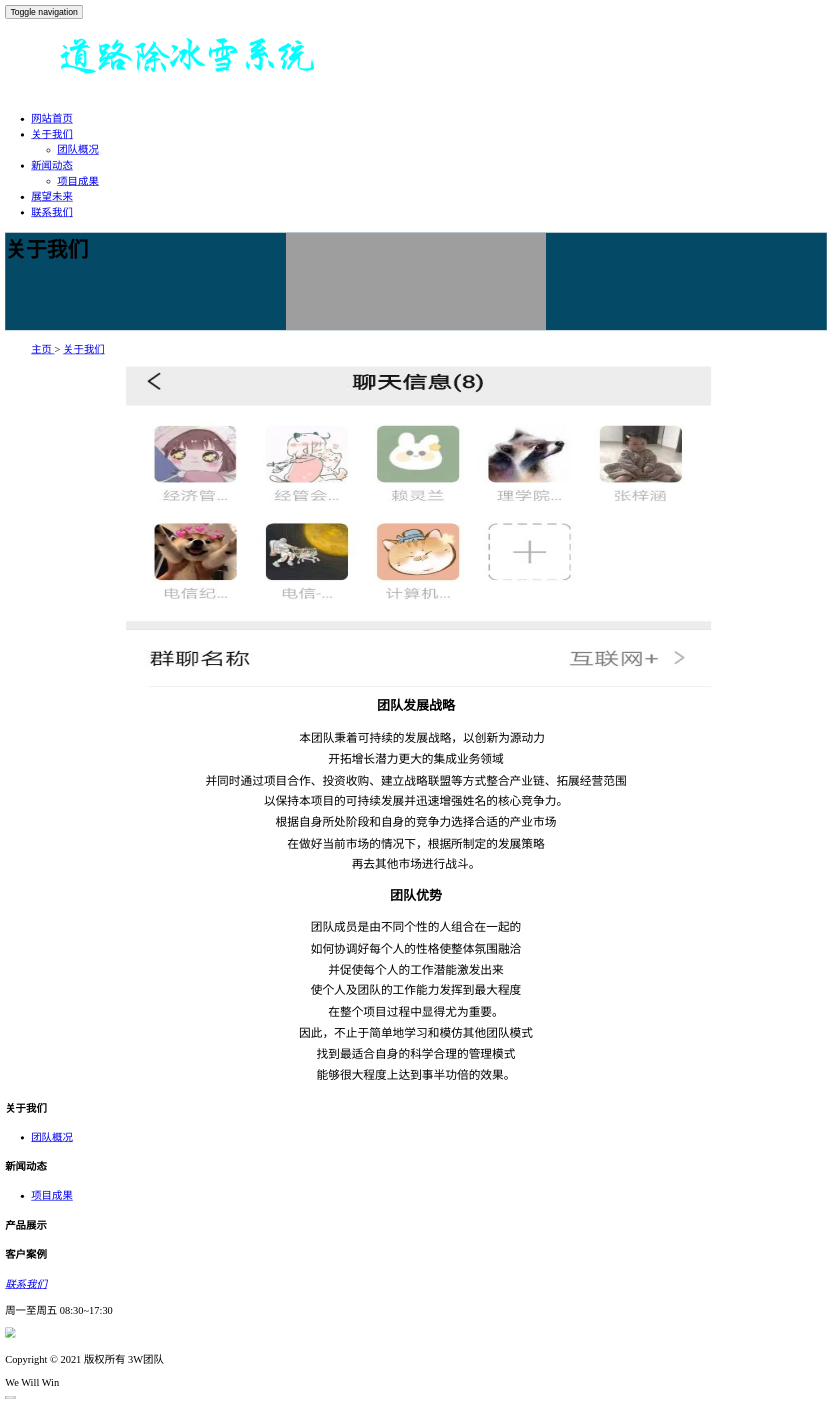
Repository: Au369/Au369
Page: about.html
These files come from the project's save history. The page is drawn as it stood at one moment and after the next save; the edit follows.
The browser window is 1280 px wide. The pictures show the whole page, at 65% of full size.
Pictures or frames that could not be fetched are drawn as grey boxes. The page's requests for data from a server got no answer.

Above is the page before, as saved 2021-06-07 11:09:00.

### about.html
<!DOCTYPE HTML>
<html>



<head>
        <meta name="renderer" content="webkit">
        <meta charset="utf-8" />
        <meta http-equiv="X-UA-Compatible" content="IE=edge,chrome=1">
        <meta name="viewport" content="width=device-width, initial-scale=1.0, user-scalable=0, minimal-ui">
        <meta name="generator" content="dede58 5.3.9" data-variable="" />
        <title>
            关于我们_HTML5网站建设企业响应式网站模板(自适应)
        </title>
        <meta name="keywords" content="" />
        <meta name="description" content="" />
        <link rel="stylesheet" href="css/3af1bf1fa0061831.css">
        <!--[if lt IE 10]>
            <script src="js/media.match.min.js">
            </script>
            <script src="js/respond.min.js">
            </script>
            <script src="js/classlist.min.js">
            </script>
        <![endif]-->
    </head>

    <body>
        <!--[if lte IE 8]>
            <div class="text-center padding-top-50 padding-bottom-50 bg-blue-grey-100">
                <p class="browserupgrade font-size-18">
                    你正在使用一个
                    <strong>
                        过时
                    </strong>
                    的浏览器。请
                    <a href="http://browsehappy.com/" target="_blank">
                        升级您的浏览器
                    </a>
                    ，以提高您的体验。
                </p>
            </div>
        <![endif]-->
         <nav class="navbar navbar-default met-nav " role="navigation">
            <div class="container">
                <div class="row">
                    <div class="navbar-header">
                        <button type="button" class="navbar-toggle hamburger collapsed" data-target="#example-navbar-default-collapse"
                        data-toggle="collapse">
                            <span class="sr-only">
                                Toggle navigation
                            </span>
                            <span class="hamburger-bar">
                            </span>
                        </button>
                        <a href="index.html" class="navbar-brand navbar-logo vertical-align" title="道路除雪系统">
                            <div class="vertical-align-middle">
                                <img src="picture/1.png" alt="道路除雪系统"
                                title="道路除雪系统" />
                            </div>
                        </a>
                    </div>
                    <div class="collapse navbar-collapse navbar-collapse-toolbar" id="example-navbar-default-collapse">
                        <ul class="nav navbar-nav navbar-right navlist">
                            <li>
                                <a href="index.html" title="网站首页" class="link">
                                    网站首页
                                </a>
                            </li>
                            <li class="dropdown margin-left-20">
                                <a class="dropdown-toggle link " data-toggle="dropdown" data-hover="dropdown"
                                href="about.html" aria-expanded="false" role="button" title="关于我们">
                                    关于我们
                                    <i class="fa fa-angle-down small">
                                    </i>
                                </a>
                                <ul class="dropdown-menu dropdown-menu-right bullet" role="menu">
                                    <li>
                                        <a href="gaikuang.html" title="团队概况">
                                            团队概况
                                        </a>
                                    </li>


                                </ul>
                            </li>
                            <li class="dropdown margin-left-20">
                                <a class="dropdown-toggle link " data-toggle="dropdown" data-hover="dropdown"
                                href="news.html" aria-expanded="false" role="button" title="新闻动态">
                                    新闻动态
                                    <i class="fa fa-angle-down small">
                                    </i>
                                </a>
                                <ul class="dropdown-menu dropdown-menu-right bullet" role="menu">

                                    <li>
                                        <a href="#" title="项目成果">
                                            项目成果
                                        </a>
                                    </li>

                                </ul>
                            </li>

                            <li class="margin-left-20">
                                <a href="case.html" title="展望未来" class="link ">
                                    展望未来
                                </a>
                            </li>
                            <li class="margin-left-20">
                                <a href="contact.html" title="联系我们" class="link ">
                                    联系我们
                                </a>
                            </li>
                        </ul>
                    </div>
                </div>
            </div>
        </nav>


        <div class="met-banner-ny vertical-align text-center" style="height:150px;background: url(images/gy.jpg) center center no-repeat;background-color:#044a67;">
            <h1 class="vertical-align-middle">
                关于我们
            </h1>
        </div>
        <div class="met-position  ">
            <div class="container">
                <div class="row">
                    <ol class="breadcrumb">
                        <a href='index.html'>
                            主页
                        </a>
                        >
                        <a href='about.html'>
                            关于我们
                        </a>
                    </ol>
                </div>
            </div>
        </div>

        <section class="met-show animsition">
            <div class="container">
                <div class="row">
                    <div>
                        <div>
                            <div style="text-align: center;">
                                &nbsp;
                                <img src="images/all1.jpg" style="font-family: 'Segoe UI', 'Lucida Grande', Helvetica, Arial, 'Microsoft YaHei', FreeSans, Arimo, 'Droid Sans', 'wenquanyi micro hei', 'Hiragino Sans GB', 'Hiragino Sans GB W3', Roboto, Arial, sans-serif; font-size: 18px; line-height: 32.4px; box-sizing: border-box; border: 0px; vertical-align: middle; max-width: 100%; height: 506px; display: inline; width: 900px;"
                                title="all1.jpg" />
                            </div>
                            <p style="box-sizing: border-box; margin: 0px 0px 16px; font-family: 'Segoe UI', 'Lucida Grande', Helvetica, Arial, 'Microsoft YaHei', FreeSans, Arimo, 'Droid Sans', 'wenquanyi micro hei', 'Hiragino Sans GB', 'Hiragino Sans GB W3', Roboto, Arial, sans-serif; font-size: 20px; line-height: 32.4px; text-align: center;">
                                <span style="box-sizing: border-box; line-height: 1.42857;font-weight:bold">
                                    团队发展战略
                                </span>

                            </p>
                            <p style="box-sizing: border-box; margin: 0px 0px 16px; font-family: 'Segoe UI', 'Lucida Grande', Helvetica, Arial, 'Microsoft YaHei', FreeSans, Arimo, 'Droid Sans', 'wenquanyi micro hei', 'Hiragino Sans GB', 'Hiragino Sans GB W3', Roboto, Arial, sans-serif; font-size: 18px; line-height: 32.4px; text-align: center;">
                                <span style="box-sizing: border-box; line-height: 1.42857;">
                                      &nbsp&nbsp&nbsp
                                      本团队秉着可持续的发展战略，以创新为源动力</br>
                                      开拓增长潜力更大的集成业务领域</br>
                                      并同时通过项目合作、投资收购、建立战略联盟等方式整合产业链、拓展经营范围</br>
                                      以保持本项目的可持续发展并迅速增强姓名的核心竞争力。</br>
                                      根据自身所处阶段和自身的竞争力选择合适的产业市场</br>
                                      在做好当前市场的情况下，根据所制定的发展策略</br>
                                      再去其他市场进行战斗。
                                </span>
                            </p>
                            <p style="box-sizing: border-box; margin: 0px 0px 16px; font-family: 'Segoe UI', 'Lucida Grande', Helvetica, Arial, 'Microsoft YaHei', FreeSans, Arimo, 'Droid Sans', 'wenquanyi micro hei', 'Hiragino Sans GB', 'Hiragino Sans GB W3', Roboto, Arial, sans-serif; font-size: 20px; line-height: 32.4px; text-align: center;">
                                <span style="box-sizing: border-box; line-height: 1.42857;font-weight:bold">
                                    团队优势
                                </span>

                            </p>
                            <p style="box-sizing: border-box; margin: 0px 0px 16px; font-family: 'Segoe UI', 'Lucida Grande', Helvetica, Arial, 'Microsoft YaHei', FreeSans, Arimo, 'Droid Sans', 'wenquanyi micro hei', 'Hiragino Sans GB', 'Hiragino Sans GB W3', Roboto, Arial, sans-serif; font-size: 18px; line-height: 32.4px; text-align: center;">
                                团队成员是由不同个性的人组合在一起的</br>
                                如何协调好每个人的性格使整体氛围融洽</br>
                                并促使每个人的工作潜能激发出来</br>
                                使个人及团队的工作能力发挥到最大程度</br>
                                在整个项目过程中显得尤为重要。</br>
                                因此，不止于简单地学习和模仿其他团队模式</br>
                                找到最适合自身的科学合理的管理模式</br>
                                能够很大程度上达到事半功倍的效果。

                            </p>




                        </div>
                    </div>
                </div>
            </div>
        </section>

          <div class="met-footnav text-center">
            <div class="container">
                <div class="row mob-masonry">
                    <div class="col-md-2 col-sm-3 col-xs-6 list masonry-item">
                        <h4>
                            关于我们
                        </h4>
                        <ul>
                            <li>
                                <a href="#" title="团队概况">
                                   团队概况
                                </a>
                            </li>

                        </ul>
                    </div>
                    <div class="col-md-2 col-sm-3 col-xs-6 list masonry-item">
                        <h4>
                            新闻动态
                        </h4>
                        <ul>
                            <li>
                                <a href="#" title="项目成果">
                                    项目成果
                                </a>
                            </li>

                        </ul>
                    </div>
                    <div class="col-md-2 col-sm-3 col-xs-6 list masonry-item">
                        <h4>
                            产品展示
                        </h4>
                        <!--
                        <ul>
                            <li>
                                <a href="#" title="营销型网站">
                                    营销型网站
                                </a>
                            </li>
                            <li>
                                <a href="#" title="响应式网站">
                                    响应式网站
                                </a>
                            </li>
                            <li>
                                <a href="#" title="电子商务型网站">
                                    电子商务型网站
                                </a>
                            </li>
                            <li>
                                <a href="#" title="外贸型网站">
                                    外贸型网站
                                </a>
                            </li>
                            <li>
                                <a href="#" title="企业型网站">
                                    企业型网站
                                </a>
                            </li>
                        </ul>
                    -->
                    </div>
                    <div class="col-md-2 col-sm-3 col-xs-6 list masonry-item">
                        <h4>
                            客户案例
                        </h4>
                        <ul>
                        </ul>
                    </div>
                    <div class="col-md-3 col-ms-12 col-xs-12 info masonry-item">
                        <em>
                            <a href="tel:10086" title="联系我们">
                                联系我们
                            </a>
                        </em>
                        <p>
                            周一至周五 08:30~17:30
                        </p>
                        <a id="met-weixin">
                            <i class="fa fa-weixin light-green-700">
                            </i>
                        </a>
                        <div id="met-weixin-content" class="hide">
                            <div class="text-center met-weixin-img">
                                <img src="#" />
                            </div>
                        </div>
                        <a href="http://crm2.qq.com/page/portalpage/wpa.php?uin=123456789&amp;aty=0&amp;a=0&amp;curl=&amp;ty=1"
                        rel="nofollow" target="_blank">
                            <i class="fa fa-qq">
                            </i>
                        </a>
                        <a href="#" rel="nofollow" target="_blank">
                            <i class="fa fa-weibo red-600">
                            </i>
                        </a>
                    </div>
                </div>
            </div>
        </div>
        <footer>

               <div class="container text-center">
                <p>
                    Copyright &copy; 2021 版权所有 3W团队
                </p>

                <div class="powered_by_metinfo">
                   We Will Win
                </div>
            </div>
        </footer>
        <button type="button" class="btn btn-icon btn-ftop btn-squared met-scroll-top hide">
            <i class="icon wb-chevron-up" aria-hidden="true">
            </i>
        </button>
        <script src="js/d4cff3922527a903.js">
        </script>
    </body>

    </body>



</html>

Loaded but not shown: js/d4cff3922527a903.js (library); css/3af1bf1fa0061831.css (no copy from this time; the picture is the same without it)

After the next save:
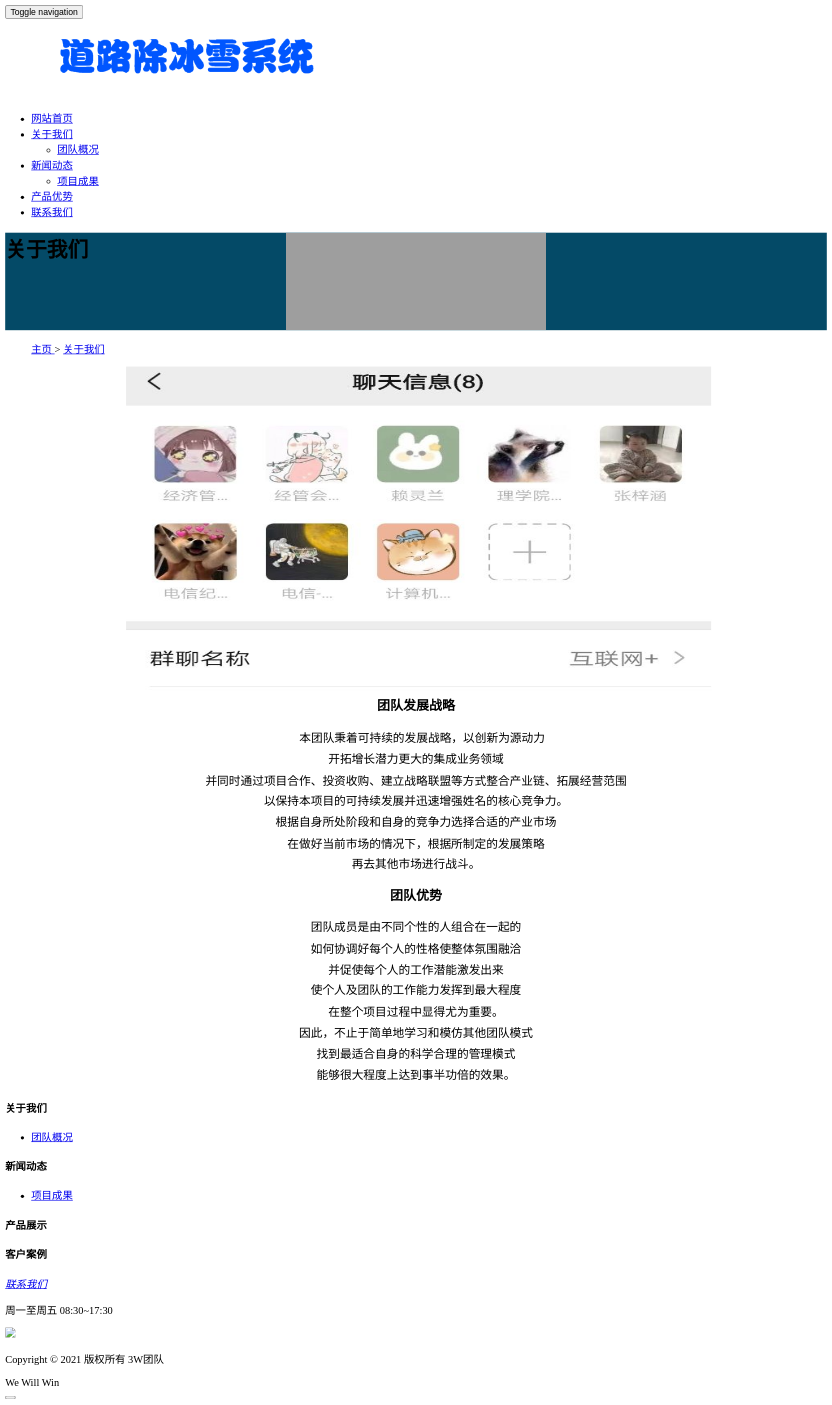
Saved 22 s later.
--- a/about.html
+++ b/about.html
@@ -41,7 +41,7 @@
                 </p>
             </div>
         <![endif]-->
-         <nav class="navbar navbar-default met-nav " role="navigation">
+           <nav class="navbar navbar-default met-nav " role="navigation">
             <div class="container">
                 <div class="row">
                     <div class="navbar-header">
@@ -55,7 +55,7 @@
                         </button>
                         <a href="index.html" class="navbar-brand navbar-logo vertical-align" title="道路除雪系统">
                             <div class="vertical-align-middle">
-                                <img src="picture/1.png" alt="道路除雪系统"
+                                <img src="images/logo.png" alt="道路除雪系统"
                                 title="道路除雪系统" />
                             </div>
                         </a>
@@ -76,7 +76,7 @@
                                 </a>
                                 <ul class="dropdown-menu dropdown-menu-right bullet" role="menu">
                                     <li>
-                                        <a href="gaikuang.html" title="团队概况">
+                                        <a href="about.html" title="团队概况">
                                             团队概况
                                         </a>
                                     </li>
@@ -103,8 +103,8 @@
                             </li>
 
                             <li class="margin-left-20">
-                                <a href="case.html" title="展望未来" class="link ">
-                                    展望未来
+                                <a href="case.html" title="产品优势" class="link ">
+                                   产品优势
                                 </a>
                             </li>
                             <li class="margin-left-20">
